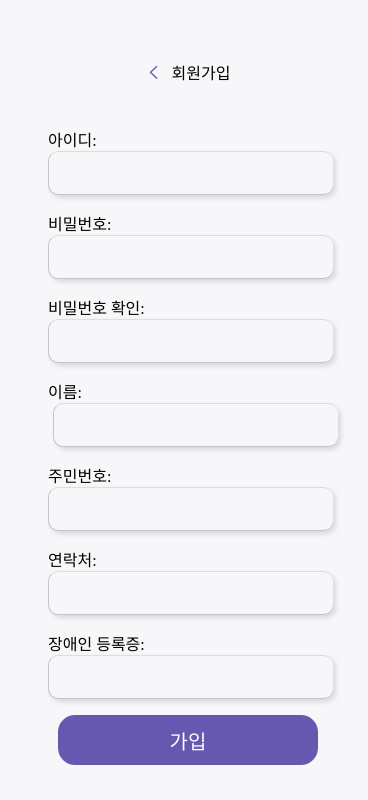
Repository: PEPI-dev/UI
Page: regist/regist.html
These files come from the project's save history. The page is drawn as it stood at one moment and after a run of saves; the edit follows.
The browser window is 360 px wide. The page is 368 px wide, so the pictures cover 368 px, including what lies to the right of the window. The pictures show the whole page.
Some web fonts or font styles are not loaded; a fallback is used.

Above is the page before, as saved 2023-12-04 17:44:52.

After the next 2 saves:
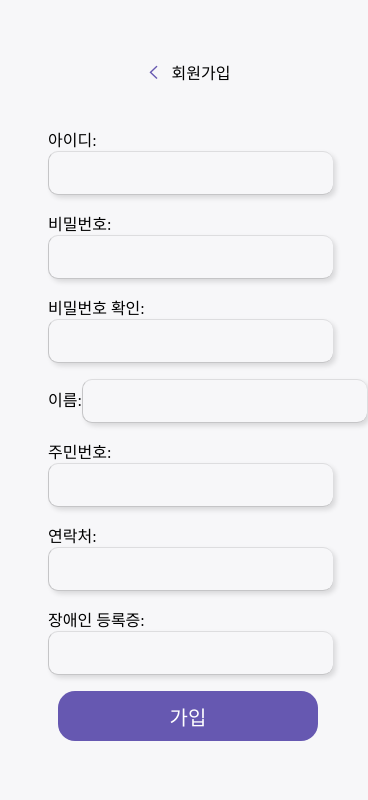
The 2 saves are shown as one change because they came seconds apart.
The last was saved 26 s later.
--- a/regist/regist.css
+++ b/regist/regist.css
@@ -83,6 +83,8 @@
     }
 
 
+
+    .in
     #name {
         margin-left: 5px;
     }

After the save that followed:
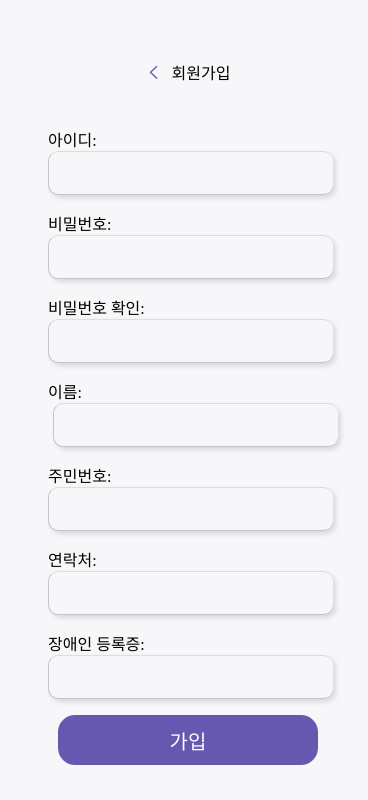
Saved 6 s later.
--- a/regist/regist.css
+++ b/regist/regist.css
@@ -84,7 +84,10 @@
 
 
 
-    .in
+    .input_form{
+
+
+    }
     #name {
         margin-left: 5px;
     }
